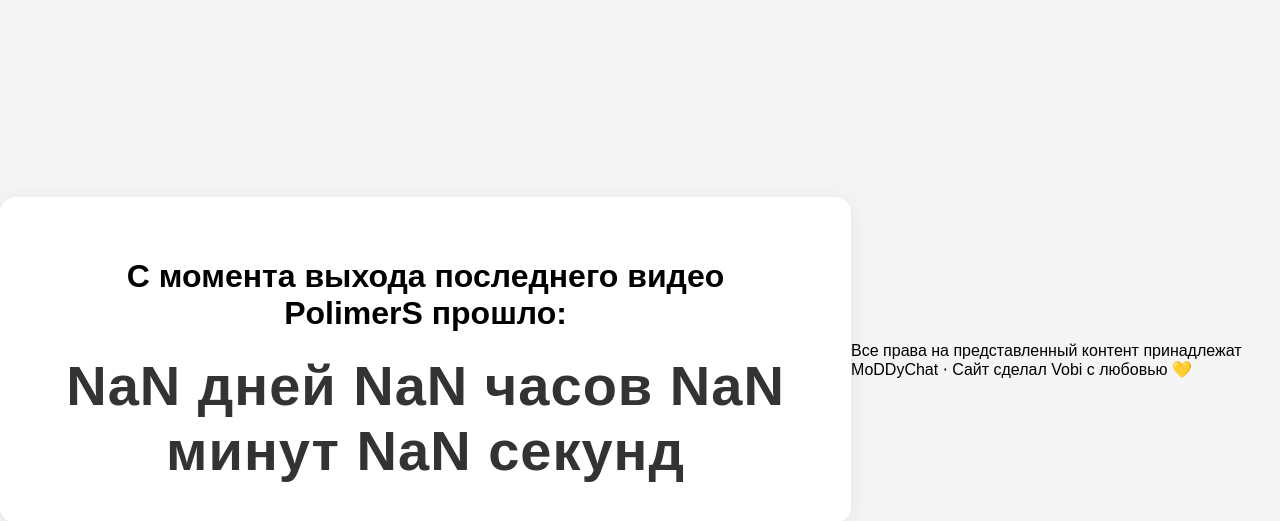
Repository: oncube-dev/OnCube-dev_website
Page: timer_from_Poli_video/app/templates/index.html
The author's editor kept a copy of each file at every save. The page is drawn from the files as they stood at one save, then again after the next save.
The browser window is 1280 px wide. The pictures show the whole page.

Above is the page before, as saved 2025-07-18 01:14:29.

After the next save:
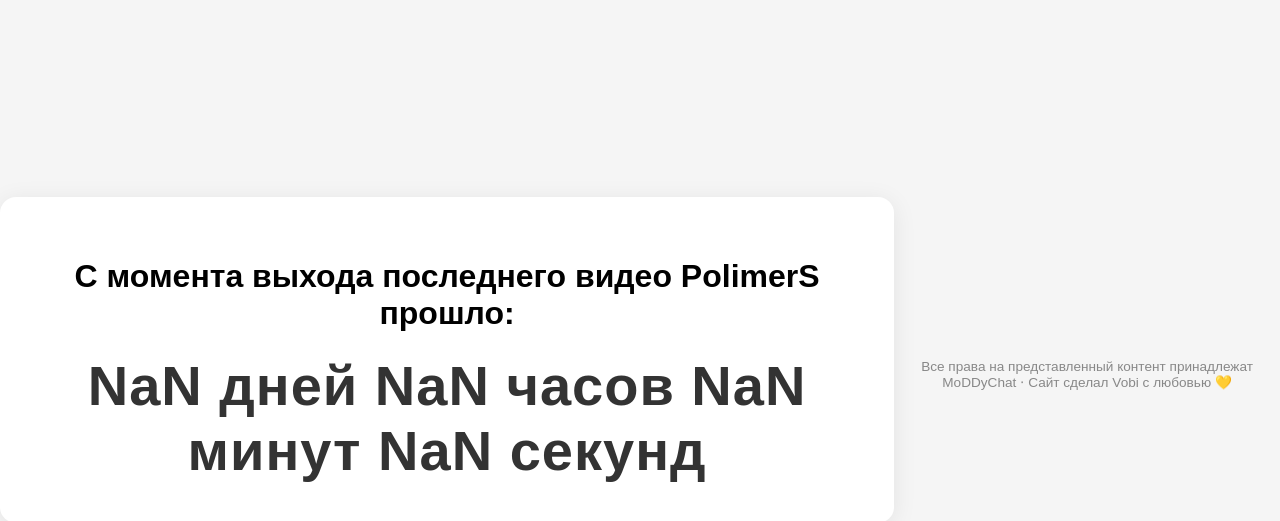
Saved 5 s later.
--- a/timer_from_Poli_video/app/static/style.css
+++ b/timer_from_Poli_video/app/static/style.css
@@ -29,3 +29,11 @@
     color: #333;
     letter-spacing: 1px;
 }
+
+.footer-note {
+    font-size: 0.85rem;
+    color: #888;
+    text-align: center;
+    margin-top: 40px;
+    margin-bottom: 12px;
+}
